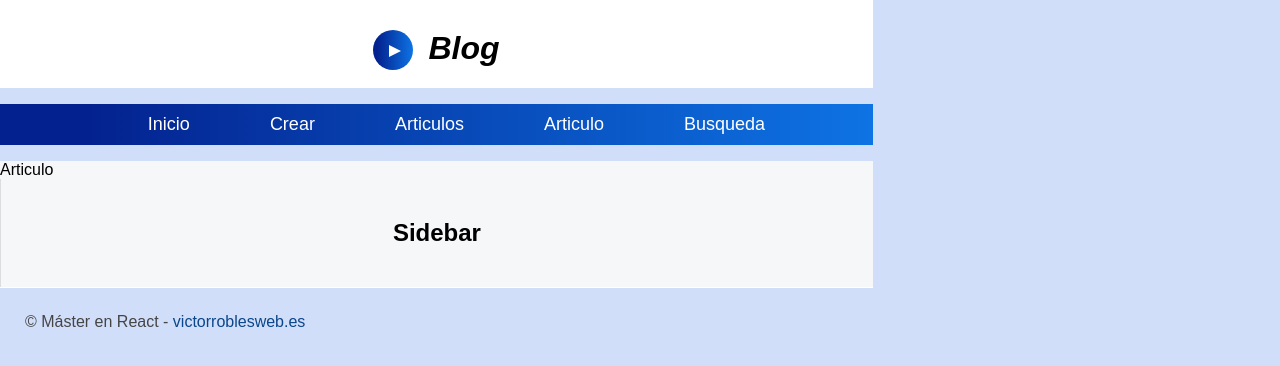
Repository: DamianBermudez94/frondEnd-blog
Page: /articulo
These files come from the project's save history. The page is drawn as it stood at one moment and after the next save; the edit follows.
The browser window is 1280 px wide. The pictures show the whole page.
The project was rebuilt for these pictures with package versions that can differ from the ones it lists, and the page was loaded fresh each time. Also part of the build but not shown: vite.config.js, src/components/pages/Inicio.jsx, src/components/pages/Busqueda.jsx, src/components/pages/Crear.jsx, src/components/pages/Articulos.jsx.

Above is the page before, as saved 2023-08-07 22:53:10.

### index.html
<!doctype html>
<html lang="es">
  <head>
    <meta charset="UTF-8" />
    <link rel="icon" type="image/svg+xml" href="/vite.svg" />
    <meta name="viewport" content="width=device-width, initial-scale=1.0" />
    <title>Proyecto-blog</title>
  </head>
  <body>
    <div id="root"></div>
    <script type="module" src="/src/main.jsx"></script>
  </body>
</html>

### src/main.jsx

import ReactDOM from 'react-dom/client'
import App from './App.jsx'
import './index.css'

ReactDOM.createRoot(document.getElementById('root')).render(

    <App />

)

### src/App.jsx
import { Rutas } from "./router/rutas"



function App() {


  return (
    <div className="layout">
      <Rutas></Rutas>
    </div>
  )
}

export default App

### src/index.css
/*:root {
  font-family: Inter, system-ui, Avenir, Helvetica, Arial, sans-serif;
  line-height: 1.5;
  font-weight: 400;

  color-scheme: light dark;
  color: rgba(255, 255, 255, 0.87);
  background-color: #242424;

  font-synthesis: none;
  text-rendering: optimizeLegibility;
  -webkit-font-smoothing: antialiased;
  -moz-osx-font-smoothing: grayscale;
  -webkit-text-size-adjust: 100%;
}

a {
  font-weight: 500;
  color: #646cff;
  text-decoration: inherit;
}
a:hover {
  color: #535bf2;
}

body {
  margin: 0;
  display: flex;
  place-items: center;
  min-width: 320px;
  min-height: 100vh;
}

h1 {
  font-size: 3.2em;
  line-height: 1.1;
}

button {
  border-radius: 8px;
  border: 1px solid transparent;
  padding: 0.6em 1.2em;
  font-size: 1em;
  font-weight: 500;
  font-family: inherit;
  background-color: #1a1a1a;
  cursor: pointer;
  transition: border-color 0.25s;
}
button:hover {
  border-color: #000bdb;
}
button:focus,
button:focus-visible {
  outline: 4px auto -webkit-focus-ring-color;
}

@media (prefers-color-scheme: light) {
  :root {
    color: #213547;
    background-color: #ffffff;
  }
  a:hover {
    color: #000dff;
  }
  button {
    background-color: #f9f9f9;
  }
}*/


/*ESTILOS GENERALES*/

body{
  background: #d1defa;
  font-family: sans-serif, Arial, Helvetica;
  text-align: center;
  padding: 0px;
  margin: 0px;
  box-sizing: border-box;

}

.layout{


  display: grid;
  grid-template-areas:
      "header header header header"
      "nav nav nav nav"
      "content content content lateral"
      "footer footer footer footer"
  ;
  grid-template-rows: 100px 70px auto 70px;
}

/*ESTILOS CABECERA*/

.header{
  grid-area: header;
  width: 100%;
  background: white;
  text-align: left;
  font-style: italic;

  display: flex;
  justify-content: center;
}

.logo{
  background: linear-gradient(90deg, #03228f 10%, #0e73e4 100%);
  width: 40px;
  height: 40px;
  border-radius: 300px;
  margin-top: 30px;
}

.play{
  width: 0;
  height: 0;
  margin-top: 15px;
  margin-left: 16px;
  border-left: 12px solid white;
  border-top: 6px solid transparent;
  border-bottom: 6px solid transparent;
}

.header h1{
  margin-left: 15px;
  margin-top: 30px;
}

/*ESTILOS DE LA BARRA DE NAVEGACIÓN*/

.nav{
  grid-area: nav;
  background: linear-gradient(90deg, #03228f 10%, #0e73e4 100%);
}

.nav > ul {
  display: flex;
  justify-content: center;
  align-items: center;
  list-style: none;
}

.nav li{
  padding: 10px;
}

.nav a {
  display: block;
  margin-left: 30px;
  margin-right: 30px;
  font-size: 18px;
  font-weight: lighter;
  color: white;
  text-decoration: none;
  transition: all 300ms;
}

.nav a:hover{
  transform: scale(1.1, 1.1);
}

/*ESTILOS PARA EL CONTENIDO PRINCIPAL*/

.content{
  grid-area: content;
  background: #f6f7f9;
  display: flex;
  flex-flow: row wrap;
  justify-content: flex-start;
  align-items: flex-start;
  flex-grow: 1;
}

.articulo-item{
  flex-grow: 1;
  background: white;
  border-radius: 10px;
  box-shadow: 0px 0px 6px #ddd;
  margin: 20px;
  padding-top: 60px;
  padding-bottom: 60px;
  padding-left: 25px;
  padding-right: 25px;
}
.articulo-item .edit{
  margin-right: 7px;
}
button,
input[type="submit"],
input[type="button"]{
  width: 100px;
  background: #0b70e1;
  color: white;
  border: 0;
  outline: 0;
  padding:15px;
  border-radius: 3px;
  margin-top:15px;
  text-transform: capitalize;
  font-size: 16px;
  font-weight: 500;
  cursor: pointer;
  transition: all 300ms;
}

.articulo-item .edit:hover{
  background: #e77b00;
}

.articulo-item .delete:hover{
  background: #9b0202;
}

/*ESTILOS BARRA LATERAL*/

.lateral{
  grid-area: lateral;
  background: #f6f7f9;
  border-left: 1px solid #ddd;
  padding: 20px;
}

.lateral > div{
  box-sizing: border-box;
  width: 90%;
  margin: 20px;
  padding: 20px;
  padding-top: 10px;
  background: white;
  border-radius: 10px;
  box-shadow: 0px 0px 6px #ddd;
}

.lateral input[type="text"],
.lateral input[type="text"],
.lateral textarea,
.edit_form input[type="text"],
.edit_form input[type="text"],
.edit_form textarea
{
  display: block;
  margin: 0 auto;
  margin-top: 15px;
  padding: 12px;
  border-radius: 5px;
  background: #f6f7f9;
  color: #454545;
  width: 80%;
  max-width: 250px;
  min-width: 250px;
  min-height: 30px;
  max-height: 250px;
  opacity: 4;
  outline: 0;
  border-color: transparent;
}
.no-encontrado{
  color: #9b0202;
}
.edit_form{
  border-top: 1px solid #ddd;
  margin-top: 10px;
}

/*ESTILOS PARA EL PIE DE PÁGINA*/
.footer{
  grid-area: footer;

  background: #d1defa;
  color: #454545;
  border-top: 1px solid white;
  text-align: left;
  line-height: 68px;
  padding-left: 25px;
}

.footer a{
  color: #0b468a;
  text-decoration: none;
}

@media (max-width: 1085px){
  .content {
      flex-flow: column wrap;
      justify-content: center;
      align-items: center;
  }

  .articulo-item{
      width: 80%;
  }
}

### src/router/rutas.jsx
import React from "react";
import { BrowserRouter, Routes, Route, Navigate } from "react-router-dom";
import { Inicio } from "../components/pages/Inicio";
import { Busqueda } from "../components/pages/Busqueda";
import { Crear } from "../components/pages/Crear";
import Articulos from "../components/pages/Articulos";
import { Articulo } from "../components/pages/Articulo";
import { Header } from "../components/layout/Header";
import { Nav } from "../components/layout/Nav";
import { Footer } from "../components/layout/Footer";
import { Sidebar } from "../components/layout/Sidebar";


export const Rutas = ()=>{

    return(
        <div >
        <BrowserRouter>
            {/*Layout*/}
            <Header></Header>
            <Nav></Nav>
            {/*Contenido principal y rutas*/}
            <section id="content" className="content">
                <Routes>
                    <Route path="/" element={<Inicio/>}/>
                    <Route path="/inicio" element={<Inicio/>}/>
                    <Route path="/busqueda" element={<Busqueda/>}/>
                    <Route path="/crear" element={<Crear/>}/>
                    <Route path="/articulos" element={<Articulos/>}/>
                    <Route path="/articulo" element={<Articulo/>}/>
                </Routes>
            </section>
            <Sidebar/>
            <Footer></Footer>
        </BrowserRouter>
        </div>
    )

}

### src/components/pages/Articulo.jsx
import React from 'react'

export const Articulo = () => {
  return (
    <div>Articulo</div>
  )
}

### src/components/layout/Header.jsx
import React from 'react'

export const Header = () => {
  return (

         <header className="header">
            <div className="logo">
                <div className="play"></div>
            </div>

            <h1>Blog</h1>
        </header>

  )
}

### src/components/layout/Nav.jsx
import React from 'react'
import { NavLink } from 'react-router-dom'

export const Nav = () => {
  return (

           <nav className="nav">
            <ul>
                <li><NavLink to="/#">Inicio</NavLink></li>
                <li><NavLink to="/crear">Crear</NavLink></li>
                <li><NavLink to="/articulos">Articulos</NavLink></li>
                <li><NavLink to="/articulo">Articulo</NavLink></li>
                <li><NavLink to="/busqueda">Busqueda</NavLink></li>

            </ul>
        </nav>

  )
}

### src/components/layout/Footer.jsx
import React from 'react'

export const Footer = () => {
  return (

         <footer className="footer">
            &copy; Máster en React - <a href="https://victorroblesweb.es">victorroblesweb.es</a>
        </footer>

  )
}

### src/components/layout/Sidebar.jsx
import React from 'react'

export const Sidebar = () => {
  return (
        <aside className="lateral">

        <h1>Sidebar</h1>

        </aside>

  )
}

After the next save:
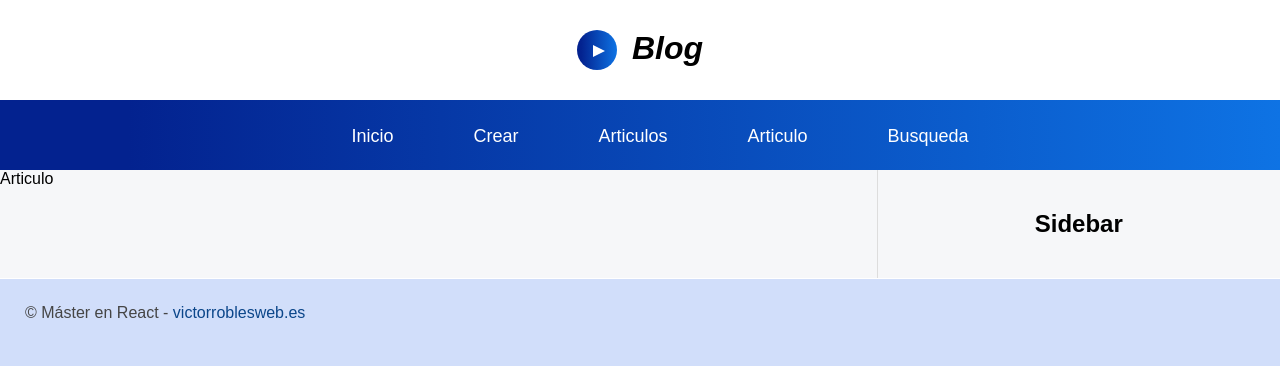
Saved 19 s later.
--- a/src/router/rutas.jsx
+++ b/src/router/rutas.jsx
@@ -14,7 +14,7 @@ import { Sidebar } from "../components/layout/Sidebar";
 export const Rutas = ()=>{
 
     return(
-        <div >
+
         <BrowserRouter>
             {/*Layout*/}
             <Header></Header>
@@ -33,7 +33,7 @@ export const Rutas = ()=>{
             <Sidebar/>
             <Footer></Footer>
         </BrowserRouter>
-        </div>
+
     )
 
 }
